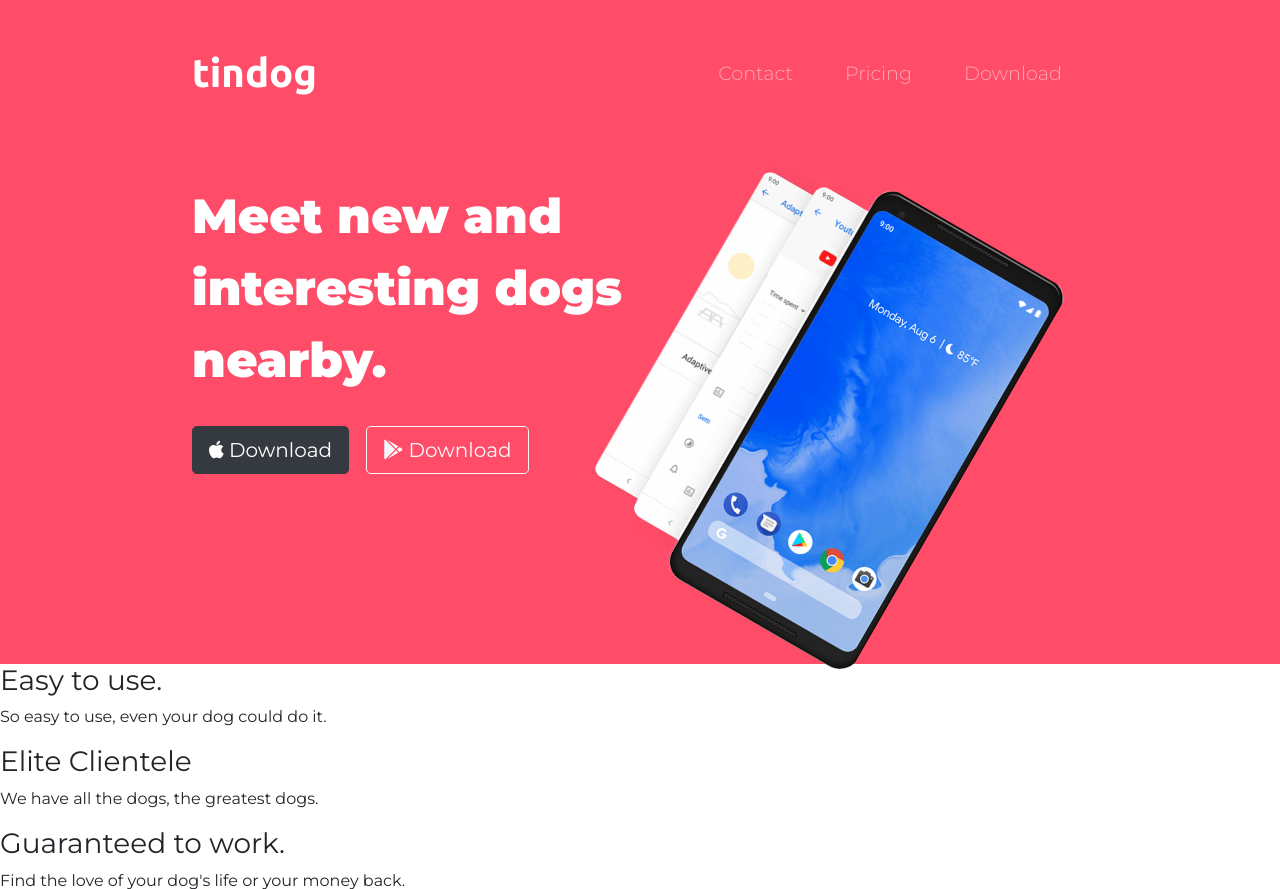
Repository: Isanderr/Simple_landing_page_2-Bootstrap4
Page: index.html
An editor plug-in stored every save of this project. The page is shown before and after a run of saves, followed by the edit.
The browser window is 1280 px wide. The pictures show the part of the page from y = 0 to 889 px (the page is 2372 px tall).
A picture or video elsewhere on the page could not be fetched, so the positions and the page height are approximate. Some web libraries are served in a nearby version.

Above is the page before, as saved 2019-02-02 22:24:54.

After the next 2 saves:
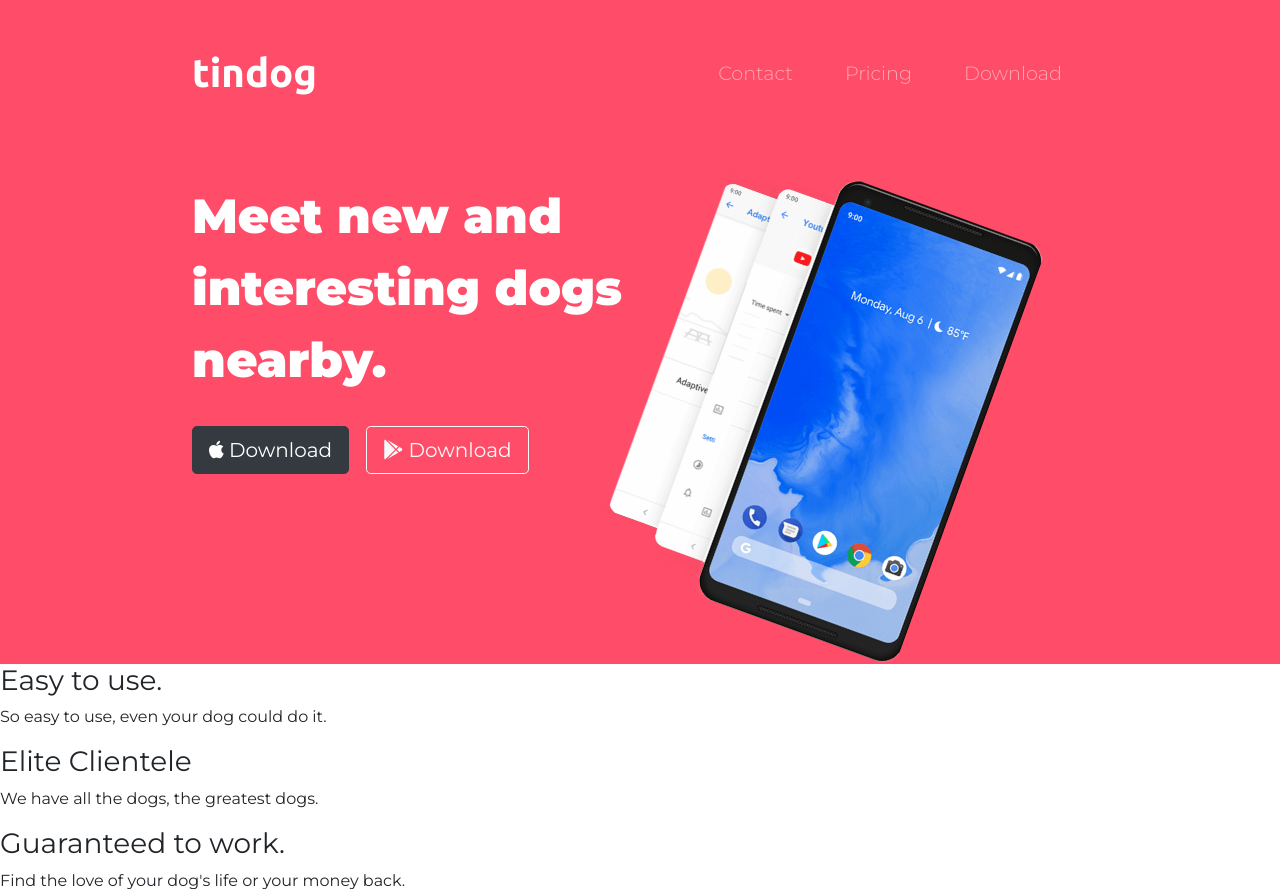
The 2 saves are shown as one change because they came seconds apart.
The last was saved 9 s later.
--- a/css/styles.css
+++ b/css/styles.css
@@ -52,5 +52,5 @@
 
 .title-img {
     width: 75%;
-    transform: rotate(30deg)
+    transform: rotate(20deg)
 }
